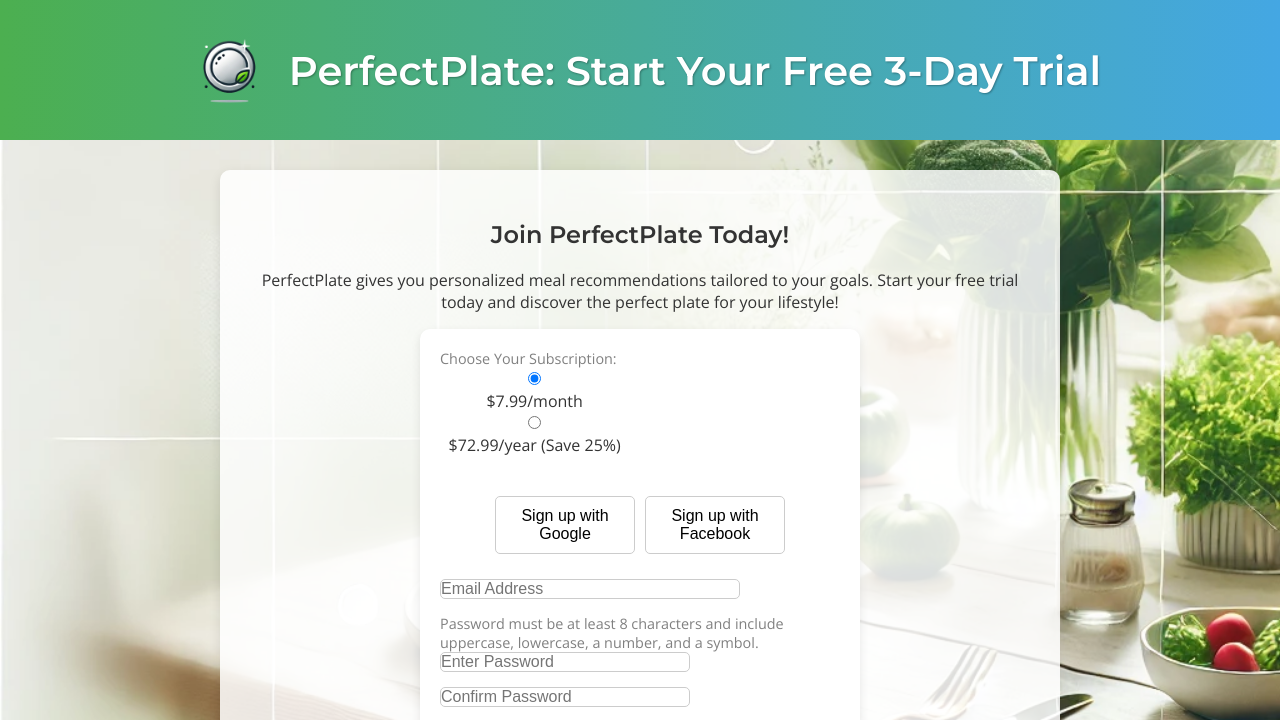
Repository: nikwhite1169/perfectplate
Page: signup.html
The author's editor kept a copy of each file at every save. The page is drawn from the files as they stood at one save, then again after the next save.
The browser window is 1280 px wide. The pictures show the whole page.
An inner scrolling area shows only its first screen.

Above is the page before, as saved 2025-01-13 14:36:56.
Console error: TypeError: Cannot read properties of null (reading 'addEventListener')

### signup.html
<!DOCTYPE html>
<html lang="en">
<head>
  <meta charset="UTF-8" />
  <meta name="viewport" content="width=device-width, initial-scale=1.0"/>
  <title>PerfectPlate: Start Your Free 3-Day Trial</title>

  <!-- Google Fonts -->
  <link rel="preconnect" href="https://fonts.googleapis.com" />
  <link rel="preconnect" href="https://fonts.gstatic.com" crossorigin />
  <link
    href="https://fonts.googleapis.com/css2?family=Montserrat:wght@600&family=Open+Sans:wght@400&display=swap"
    rel="stylesheet"
  />

  <link rel="stylesheet" href="styles.css" />
</head>
<body>
  <header>
    <div class="header-top">
      <img src="images/logo.png" alt="PerfectPlate Logo" class="logo" />
      <h1>PerfectPlate: Start Your Free 3-Day Trial</h1>
    </div>
  </header>

  <section id="signup">
    <div class="text-background">
      <h2>Join PerfectPlate Today!</h2>
      <p>PerfectPlate gives you personalized meal recommendations tailored to your goals. Start your free trial today and discover the perfect plate for your lifestyle!</p>

      <div class="form-container">
        <!-- Subscription Options -->
        <div class="form-group">
          <label for="subscription-options" class="hint">
            Choose Your Subscription:
          </label>
          <div id="subscription-options">
            <input type="radio" id="monthly" name="subscription" value="monthly" checked />
            <label for="monthly">$7.99/month</label>
            <br />
            <input type="radio" id="yearly" name="subscription" value="yearly" />
            <label for="yearly">$72.99/year (Save 25%)</label>
          </div>
        </div>

        <!-- Social Login Buttons -->
        <div class="social-login">
          <button id="google-login">Sign up with Google</button>
          <button id="facebook-login">Sign up with Facebook</button>
        </div>

        <!-- Rest of the Form -->
        <div class="form-group">
          <input type="email" id="email" placeholder="Email Address" />
          <span id="email-error" class="error-message"></span>
        </div>
        <div class="form-group">
          <label for="password-hint" class="hint">
            Password must be at least 8 characters and include uppercase, lowercase, a number, and a symbol.
          </label>
          <input type="password" id="password" placeholder="Enter Password" />
          <span id="password-error" class="error-message"></span>
        </div>
        <div class="form-group">
          <input type="password" id="confirm-password" placeholder="Confirm Password" />
          <span id="confirm-password-error" class="error-message"></span>
        </div>
        <div class="form-group">
          <input type="text" id="card-number" placeholder="Card Number" />
          <span id="card-number-error" class="error-message"></span>
        </div>
        <div class="form-group">
          <input type="text" id="expiry-date" placeholder="Expiry Date (MM/YY)" />
          <span id="expiry-date-error" class="error-message"></span>
        </div>
        <div class="form-group">
          <input type="text" id="cvc" placeholder="CVC" />
          <span id="cvc-error" class="error-message"></span>
        </div>

        <p class="description">
          Your free 3-day trial begins immediately after signing up. You won’t be charged until the trial ends.
        </p>

        <button id="submitButton" disabled class="disabled">Start Free Trial</button>
      </div>
    </div>
  </section>

  <section id="confirmation" class="hidden">
    <div class="text-background">
      <h2>Thank you for subscribing!</h2>
      <p>Download the PerfectPlate app to begin your journey:</p>
      <a href="https://www.apple.com/app-store/" class="cta-button">Download for iOS</a>
      <a href="https://play.google.com/store" class="cta-button">Download for Android</a>
    </div>
  </section>

  <footer>
    <p>&copy; 2025 PerfectPlate. Perfect dining, made just for you.</p>
    <a href="privacy-policy.html">Privacy Policy</a> | <a href="terms-of-service.html">Terms of Service</a> | <a href="faq.html">FAQ</a>
  </footer>

  <script>
    const formState = {
      email: false,
      password: false,
      verifyPassword: false,
      cardNumber: false,
      expiryDate: false,
      cvc: false
    };

    function showError(field, message) {
      const fieldElement = document.getElementById(field);
      const hintElement = document.getElementById(`${field}-hint`);
      const errorElement = document.getElementById(`${field}-error`);

      if (hintElement) {
        hintElement.style.color = "red";
      } else {
        errorElement.textContent = message;
        errorElement.style.color = "red";
      }

      fieldElement.classList.remove("valid");
    }

    function showSuccess(field) {
      const fieldElement = document.getElementById(field);
      const hintElement = document.getElementById(`${field}-hint`);
      const errorElement = document.getElementById(`${field}-error`);

      if (hintElement) {
        hintElement.style.color = "black";
      } else {
        errorElement.textContent = "";
      }

      fieldElement.classList.add("valid");

      let checkMark = fieldElement.parentNode.querySelector(".checkmark");
      if (!checkMark) {
        checkMark = document.createElement("span");
        checkMark.className = "checkmark";
        checkMark.textContent = "✔";
        checkMark.style.color = "green";
        checkMark.style.position = "absolute";
        checkMark.style.right = "10px";
        checkMark.style.top = `${fieldElement.offsetHeight / 2}px`;
        checkMark.style.transform = "translateY(-50%)";
        fieldElement.parentNode.style.position = "relative";
        fieldElement.parentNode.appendChild(checkMark);
      }
    }

    function validateEmail() {
      const email = document.getElementById('email').value;
      const emailRegex = /^[^\s@]+@[^\s@]+\.[^\s@]+$/;
      if (emailRegex.test(email)) {
        formState.email = true;
        showSuccess('email');
      } else {
        formState.email = false;
        showError('email', 'Please enter a valid email address.');
      }
      updateButtonState();
    }

    function validatePassword() {
      const password = document.getElementById('password').value;
      const passwordRegex = /^(?=.*[a-z])(?=.*[A-Z])(?=.*\d)(?=.*[@$!%*?&#])[A-Za-z\d@$!%*?&#]{8,}$/;
      if (passwordRegex.test(password)) {
        formState.password = true;
        showSuccess('password');
      } else {
        formState.password = false;
        showError('password', 'Password must be at least 8 characters and include uppercase, lowercase, a number, and a symbol.');
      }
      updateButtonState();
    }

    function validateVerifyPassword() {
      const password = document.getElementById('password').value;
      const verifyPassword = document.getElementById('confirm-password').value;
      if (password === verifyPassword) {
        formState.verifyPassword = true;
        showSuccess('confirm-password');
      } else {
        formState.verifyPassword = false;
        showError('confirm-password', 'Passwords do not match.');
      }
      updateButtonState();
    }

    function validateCardNumber() {
      const cardNumber = document.getElementById('card-number').value;
      const cardNumberRegex = /^\d{16}$/;
      if (cardNumberRegex.test(cardNumber)) {
        formState.cardNumber = true;
        showSuccess('card-number');
      } else {
        formState.cardNumber = false;
        showError('card-number', 'Please enter a valid 16-digit card number.');
      }
      updateButtonState();
    }

    function validateExpiryDate() {
      const expiryDate = document.getElementById('expiry-date').value;
      const expiryDateRegex = /^(0[1-9]|1[0-2])\/\d{2}$/;
      const currentDate = new Date();
      const [month, year] = expiryDate.split('/');
      const expiry = new Date(`20${year}`, month - 1);
      if (expiryDateRegex.test(expiryDate) && expiry > currentDate) {
        formState.expiryDate = true;
        showSuccess('expiry-date');
      } else {
        formState.expiryDate = false;
        showError('expiry-date', 'Please enter a valid expiry date in MM/YY format.');
      }
      updateButtonState();
    }

    function validateCVC() {
      const cvc = document.getElementById('cvc').value;
      const cvcRegex = /^\d{3,4}$/;
      if (cvcRegex.test(cvc)) {
        formState.cvc = true;
        showSuccess('cvc');
      } else {
        formState.cvc = false;
        showError('cvc', 'Please enter a valid 3 or 4-digit CVC.');
      }
      updateButtonState();
    }

    function updateButtonState() {
      const allFieldsValid = Object.values(formState).every(Boolean);
      const submitButton = document.getElementById('submitButton');
      if (allFieldsValid) {
        submitButton.disabled = false;
        submitButton.classList.remove('disabled');
      } else {
        submitButton.disabled = true;
        submitButton.classList.add('disabled');
      }
    }

    let emailTouched = false;
    let passwordTouched = false;
    let verifyPasswordTouched = false;
    let cardNumberTouched = false;
    let expiryDateTouched = false;
    let cvcTouched = false;

    document.getElementById('email').addEventListener('input', () => {
      emailTouched = true;
    });

    document.getElementById('password').addEventListener('input', () => {
      passwordTouched = true;
    });

    document.getElementById('confirm-password').addEventListener('input', () => {
      verifyPasswordTouched = true;
    });

    document.getElementById('card-number').addEventListener('input', () => {
      cardNumberTouched = true;
    });

    document.getElementById('expiry-date').addEventListener('input', () => {
      expiryDateTouched = true;
    });

    document.getElementById('cvc').addEventListener('input', () => {
      cvcTouched = true;
    });

    document.getElementById('email').addEventListener('blur', () => {
      if (!document.getElementById('email').value.trim() && emailTouched) {
        showError("email", "This field is required.");
      } else if (document.getElementById('email').value.trim()) {
        validateEmail();
      }
    });

    document.getElementById('password').addEventListener('blur', () => {
      if (!document.getElementById('password').value.trim() && passwordTouched) {
        showError("password", "This field is required.");
      } else if (document.getElementById('password').value.trim()) {
        validatePassword();
      }
    });

    document.getElementById('confirm-password').addEventListener('blur', () => {
      if (!document.getElementById('confirm-password').value.trim() && verifyPasswordTouched) {
        showError("confirm-password", "This field is required.");
      } else if (document.getElementById('confirm-password').value.trim()) {
        validateVerifyPassword();
      }
    });

    document.getElementById('card-number').addEventListener('blur', () => {
      if (!document.getElementById('card-number').value.trim() && cardNumberTouched) {
        showError("card-number", "This field is required.");
      } else if (document.getElementById('card-number').value.trim()) {
        validateCardNumber();
      }
    });

    document.getElementById('expiry-date').addEventListener('blur', () => {
      if (!document.getElementById('expiry-date').value.trim() && expiryDateTouched) {
        showError("expiry-date", "This field is required.");
      } else if (document.getElementById('expiry-date').value.trim()) {
        validateExpiryDate();
      }
    });

    document.getElementById('cvc').addEventListener('blur', () => {
      if (!document.getElementById('cvc').value.trim() && cvcTouched) {
        showError("cvc", "This field is required.");
      } else if (document.getElementById('cvc').value.trim()) {
        validateCVC();
      }
    });

    document.getElementById('signup-form').addEventListener('submit', function(event) {
      event.preventDefault();
      if (Object.values(formState).every(Boolean)) {
        document.getElementById('signup').style.display = 'none';
        document.getElementById('confirmation').style.display = 'block';
      } else {
        showError('form', 'Please fill out all fields correctly before submitting.');
      }
    });
  </script>
</body>
</html>

### styles.css
/* -----------------------
   Global Styles
------------------------ */
html, body {
  margin: 0;
  padding: 0;
  height: 100%;
  overflow-x: hidden;
}

body {
  /* Use Open Sans for body text */
  font-family: 'Open Sans', sans-serif;
  margin: 0 auto;
  padding: 0;
  text-align: center;
  color: #333;

  /* Background image as requested */
  background: url('images/background.webp') no-repeat center center fixed;
  background-size: cover;

  position: relative;
  max-width: 100%;
}

/* Use Montserrat for headings */
h1, h2, h3 {
  font-family: 'Montserrat', sans-serif;
}

/* Simple fade-in animation (triggered by JS) */
.fade-in {
  opacity: 0;
  transition: opacity 1s ease-in;
}
.fade-in.appear {
  opacity: 1;
}

/* Form Styles */
form label {
  display: block;
  margin: 10px 0 5px;
}

form input[type="text"],
form input[type="email"],
form input[type="password"],
form input[type="radio"] {
  display: block;
  padding: 10px;
  font-size: 1em;
  box-sizing: border-box;
  border: 1px solid #ccc;
  border-radius: 5px;
  margin-bottom: 10px;
}

form input[type="radio"] {
  display: inline-block;
  width: auto;
  margin-right: 10px;
}

input:focus {
  border-color: #007BFF;
  outline: none;
}

/* Field-specific sizes */
#email {
  width: 300px; /* Larger for email addresses */
}

#password,
#confirm-password {
  width: 250px; /* Medium size for passwords */
}

#cvc {
  width: 80px; /* Small size for CVC */
}

.helper-text {
  font-size: 0.9em;
  color: #666;
  margin-top: -10px;
  margin-bottom: 10px;
}

.hint {
  display: block;
  font-size: 0.9em;
  color: gray;
  margin-bottom: 5px;
}

.error-message {
  color: red;
  font-size: 0.85em;
  margin-top: 5px;
}

.error {
  color: red;
  font-size: 0.9em;
  margin-top: -10px;
  margin-bottom: 10px;
}

input.valid {
  padding-right: 30px;
}

.checkmark {
  font-size: 1.2em;
  color: green;
  position: absolute;
  right: 10px;
  top: 50%;
  transform: translateY(-50%);
  pointer-events: none;
}

/* Specific adjustment for password field */
#password + .checkmark {
  top: calc(50% - 5px);
}

/* Specific adjustment for CVC field checkmark */
#cvc + .checkmark {
  right: -10px;
}

/* Form Layout */
.form-group {
  display: flex;
  flex-direction: column;
  align-items: flex-start; /* Left-align fields */
  margin-bottom: 20px;
}

.form-group label,
.form-group input,
.form-group span {
  margin: 0;
  padding: 0;
}

.form-container {
  display: flex;
  flex-direction: column;
  align-items: center; /* Center the form on the page */
  max-width: 400px;
  margin: 0 auto;
}

/* Button Styles */
.cta-button {
  background-color: #ff6f61;
  color: white;
  padding: 10px 20px;
  border: none;
  border-radius: 5px;
  cursor: pointer;
  font-size: 1em;
  text-decoration: none;
  display: inline-block;
  margin: 10px 0; /* Add margin for spacing */
}

.cta-button.disabled {
  background-color: #ccc;
  cursor: not-allowed;
}

.cta-button:hover:not(.disabled) {
  background-color: #ff4a3d;
}

/* Media Queries for Mobile */
@media (max-width: 768px) {
  form label,
  form input[type="text"],
  form input[type="email"],
  form input[type="password"],
  form input[type="radio"] {
    width: 100%;
    margin: 5px 0;
  }

  form input[type="radio"] {
    display: block;
    margin: 5px 0;
  }

  form input[type="text"]#cvc {
    width: 100%;
  }
}

/* -----------------------
   Header Section
------------------------ */
header {
  /* Simple green-to-blue gradient for more personality */
  background: linear-gradient(90deg, rgba(76,175,80,1) 0%, rgba(68,167,227,1) 100%);
  color: white;
  padding: 20px 0;
}

/* Logo & Title - Stacked on mobile, centered */
.header-top {
  display: flex;
  flex-direction: column;
  align-items: center;
  gap: 10px;
  justify-content: center;
}

.logo {
  width: 100px;
  display: block;
}

header h1 {
  margin: 0;
  font-size: 2em;
  text-shadow: 1px 1px 2px rgba(0,0,0,0.3);
}

/* Two buttons - Stacked & centered on mobile */
.header-app-links {
  display: flex;
  flex-direction: column;
  align-items: center;
  gap: 10px;
  margin-top: 15px;
  justify-content: center;
}

/* Actual link button styling */
.app-store-link {
  display: inline-block;
  margin: 10px 0;
  color: #0073e6;
  text-decoration: none;
}

.app-store-link:hover {
  text-decoration: underline;
}

/* On larger screens => side-by-side layout */
@media (min-width: 768px) {
  .header-top {
    flex-direction: row;
  }

  header h1 {
    font-size: 2.5em;
  }

  .header-app-links {
    flex-direction: row;
  }
}

/* -----------------------
   Intro Section
------------------------ */
#intro {
  max-width: 800px;
  margin: 30px auto 20px;
  padding: 30px 20px;
  background-color: rgba(255, 255, 255, 0.85);
  border-radius: 10px;

  /* Subtle box shadow for better contrast */
  box-shadow: 0 4px 12px rgba(0,0,0,0.1);
}

.text-background {
  background-color: rgba(255, 255, 255, 0.85);
  padding: 30px 20px;
  border-radius: 10px;
  box-shadow: 0 4px 12px rgba(0,0,0,0.1);
  margin: 30px auto;
  max-width: 800px;
}

.hidden {
  display: none;
}

#intro h2 {
  font-size: 2em;
  margin-bottom: 10px;
}

/* -----------------------
   Scroll Prompt
------------------------ */
.scroll-prompt {
  margin: 20px auto;
  text-align: center;
  /*
    Semi-transparent background behind the text/arrow.
    Adjust opacity or color to your liking.
  */
  background: rgba(0,0,0,0.5);
  display: inline-block;
  padding: 10px 15px;
  border-radius: 8px;
}

.scroll-prompt .prompt-text {
  font-size: 1.2em;
  font-weight: 600;
  color: #fff;
  text-shadow: 1px 1px 2px rgba(0,0,0,0.5);
  margin-bottom: 5px;
}

.arrow-down {
  font-size: 1.5em;
  color: #fff;
  animation: bounceArrow 1s infinite alternate;
  cursor: default;
  text-shadow: 1px 1px 2px rgba(0,0,0,0.5);
}

@keyframes bounceArrow {
  from {
    transform: translateY(0);
  }
  to {
    transform: translateY(6px);
  }
}

/* -----------------------
   Features Section
------------------------ */
#features {
  max-width: 800px;
  margin: 30px auto;
  padding: 50px 20px;
  background-color: rgba(255, 255, 255, 0.85);
  border-radius: 10px;
  box-shadow: 0 4px 12px rgba(0,0,0,0.1);
}

#features h2 {
  font-size: 2em;
  margin-bottom: 30px;
}

/* Feature Cards (icon + text) */
.feature {
  margin: 30px 0;
  display: flex;
  flex-direction: column;
  align-items: center;
  padding: 15px;
}

.feature-icon {
  font-size: 2em;
  margin-bottom: 10px;
}

.feature h3 {
  font-size: 1.5em;
  color: #4caf50;
  margin-bottom: 10px;
  text-transform: uppercase;
}

.feature p {
  font-size: 1.1em;
  margin-top: 10px;
  max-width: 600px;
}

/* “Coming Soon” styling */
.coming-soon {
  font-size: 0.8em;
  color: #f39c12;
  font-weight: bold;
}

/* -----------------------
   How It Works
------------------------ */
#how-it-works {
  max-width: 800px;
  margin: 30px auto;
  padding: 50px 20px;
  background-color: rgba(255, 255, 255, 0.85);
  border-radius: 10px;
  box-shadow: 0 4px 12px rgba(0,0,0,0.1);
}

#how-it-works h2 {
  font-size: 2em;
  margin-bottom: 20px;
}

.steps {
  list-style: none;
  text-align: left;
  margin: 0 auto;
  padding: 0;
  max-width: 600px;
}

.steps li {
  margin: 15px 0;
  display: flex;
  align-items: baseline;
  font-size: 1.1em;
}

.steps li strong {
  min-width: 100px;
  text-align: left;
  font-weight: bold;
  color: #4caf50;
}

.steps li span {
  flex: 1;
  text-align: left;
}

/* -----------------------
   CTA Section
------------------------ */
#cta {
  /* A teal-to-green gradient for the CTA area */
  background: linear-gradient(90deg, rgba(0,178,155,1) 0%, rgba(76,175,80,1) 100%);
  color: white;
  padding: 40px 0;
  margin: 30px 0 0 0;
  width: 100%;
  text-align: center;
  box-sizing: border-box;
}

#cta h2 {
  font-size: 2em;
  margin: 0 0 10px;
}

#cta p {
  font-size: 1.1em;
  margin: 0;
  margin-bottom: 20px;
}

.cta-button {
  background-color: #ff6f61;
  color: white;
  padding: 10px 20px;
  border: none;
  border-radius: 5px;
  cursor: pointer;
  font-size: 1em;
  text-decoration: none;
  display: inline-block;
  margin: 10px 0; /* Add margin for spacing */
}

.cta-button.disabled {
  background-color: #ccc;
  cursor: not-allowed;
}

.cta-button:hover:not(.disabled) {
  background-color: #ff4a3d;
}

/* -----------------------
   Footer
------------------------ */
footer {
  margin-top: 20px;
  background-color: #222;
  color: white;
  padding: 20px 0;
  font-size: 0.9em;
  opacity: 0.9;
  text-shadow: 1px 1px 2px rgba(0,0,0,0.3);
  text-align: center;
}

.button {
  display: inline-block;
  padding: 10px 20px;
  background-color: #0073e6;
  color: white;
  text-align: center;
  border-radius: 5px;
  text-decoration: none;
}

.button:hover {
  background-color: #005bb5;
}

footer a {
  color: #ff6f61;
  text-decoration: none;
  margin: 0 10px;
  display: inline-block;
  padding: 10px 0; /* Increase tappable area */
}

footer a:hover {
  text-decoration: underline;
}

/* Social Login Styles */
.social-login {
  margin: 20px 0;
}

.social-login .cta-button {
  width: 100%;
  margin-bottom: 10px;
}

/* General Input Styling */
input, button {
  padding: 10px;
  font-size: 1em;
  border: 1px solid #ccc;
  border-radius: 5px;
  box-sizing: border-box;
}

/* Standardize field widths */
input {
  width: 100%;
  max-width: 300px; /* All fields aligned at 300px */
  margin: 5px 0; /* Even spacing between fields */
}

/* Button Styling */
button {
  width: 100%; /* Full width for buttons */
  max-width: 300px; /* Matches field widths */
  margin: 10px 0;
  background-color: #007BFF;
  color: white;
  border: none;
  border-radius: 5px;
  cursor: pointer;
}

/* Disable button styling */
button.disabled {
  background-color: #ccc;
  cursor: not-allowed;
}

/* Social Login Buttons */
.social-login button {
  background-color: white;
  color: black;
  border: 1px solid #ccc;
  margin: 5px 0;
  display: inline-block;
  width: 140px;
  text-align: center;
}
.social-login {
  display: flex;
  justify-content: center;
  gap: 10px; /* Space between social buttons */
}

/* Center the form */
.form-container {
  display: flex;
  flex-direction: column;
  align-items: center;
  max-width: 400px;
  margin: 0 auto;
  padding: 20px;
  background: #fff;
  border-radius: 10px;
  box-shadow: 0 4px 10px rgba(0, 0, 0, 0.1);
}

/* Form Group for consistent spacing */
.form-group {
  display: flex;
  flex-direction: column;
  align-items: flex-start;
  width: 100%;
  margin-bottom: 15px;
}

/* Hint Text Styling */
.hint {
  font-size: 0.9em;
  color: gray;
  margin-bottom: 5px;
  text-align: left;
}

/* Error Message Styling */
.error-message {
  font-size: 0.85em;
  color: red;
  margin-top: 5px;
}

/* Headline and Description */
h1 {
  font-size: 1.5em;
  margin-bottom: 10px;
  text-align: center;
}

.description {
  font-size: 1em;
  color: gray;
  text-align: center;
  margin-bottom: 20px;
}

After the next save:
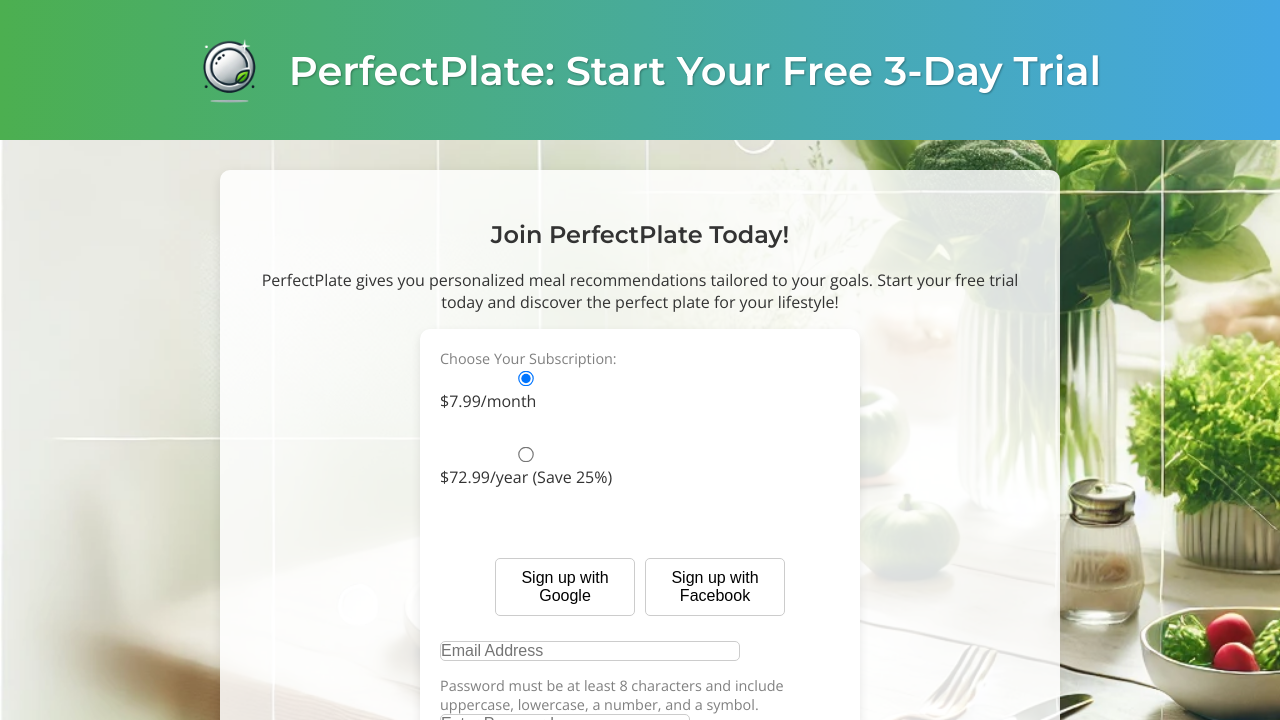
Saved 29 min 12 s later.
--- a/styles.css
+++ b/styles.css
@@ -549,19 +549,31 @@
 }
 
 /* Button Styling */
-button {
+.button {
   width: 100%; /* Full width for buttons */
-  max-width: 300px; /* Matches field widths */
-  margin: 10px 0;
-  background-color: #007BFF;
-  color: white;
+  max-width: 400px;
+  padding: 10px;
+  font-size: 1em;
+  background-color: #007BFF; /* Match the Free Trial button color */
+  color: #fff;
   border: none;
   border-radius: 5px;
+  text-align: center;
+  margin-bottom: 10px;
   cursor: pointer;
 }
 
+.button:hover {
+  background-color: #0056b3; /* Darker blue on hover */
+}
+
+.button:focus {
+  outline: none;
+  box-shadow: 0 0 4px #007BFF;
+}
+
 /* Disable button styling */
-button.disabled {
+.button.disabled {
   background-color: #ccc;
   cursor: not-allowed;
 }
@@ -632,3 +644,19 @@
   text-align: center;
   margin-bottom: 20px;
 }
+
+/* Subscription Options Styling */
+#subscription-options {
+  margin-bottom: 20px;
+}
+
+#subscription-options label {
+  display: flex;
+  align-items: center;
+  margin-bottom: 10px;
+}
+
+#subscription-options input[type="radio"] {
+  margin-right: 10px; /* Space between radio and text */
+  transform: scale(1.2); /* Slightly enlarge the radio buttons */
+}
